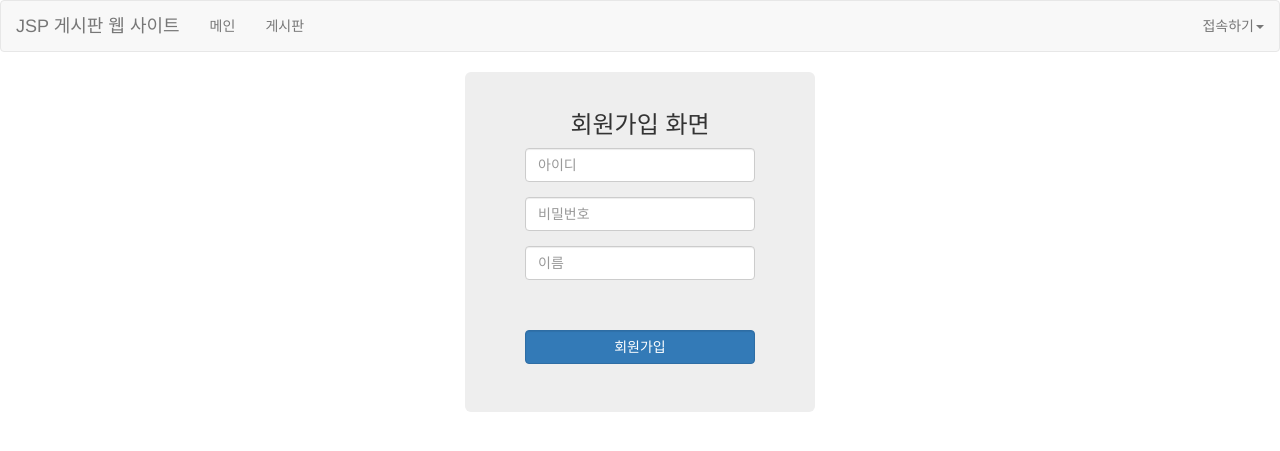
Repository: winter9388/JSP_BBS
Page: http://localhost/BBS/join.jsp
These files come from the project's save history. The page is drawn as it stood at one moment and after the next save; the edit follows.
The browser window is 1280 px wide. The pictures show the whole page.
Some web libraries are served in a nearby version. The page is served by Tomcat 9. Other server files are loaded and not shown.

Above is the page before, as saved 2022-08-11 07:01:46.

### BBS/src/main/webapp/join.jsp
<%@ page language="java" contentType="text/html; charset=UTF-8"
    pageEncoding="UTF-8"%>
<!DOCTYPE html>
<html>
<head>
<meta charset="UTF-8">
<meta name="viewport" content="width=device-width", initial-scale="1">
<link rel="stylesheet" href="css/bootstrap.css">
<title>JSP 게시판 웹 사이트</title>
</head>
<body>
	<nav class="navbar navbar-default">
		<div class="navbar-header">
			<button type="button" class="navbar-toggle collapsed"
				data-toggle="collapse" data-target="#bs-example-navbar-collapse-1"
				aria-expended="false">
				<span class="icon-bar"></span>
				<span class="icon-bar"></span>
				<span class="icon-bar"></span>
			</button>
			<a class="navbar-brand" href="main.jsp">JSP 게시판 웹 사이트</a>
		</div>
		<div class="collapse navbar-collapse" id="bs-example-navbar-collapse-1"
			aria-expended="false">
			<ul class="nav navbar-nav">
				<li><a href="main.jsp">메인</a></li>
				<li><a href="bbs.jsp">게시판</a></li>
			</ul>
			<ul class="nav navbar-nav navbar-right">
				<li class="dropdown">
					<a href="#" class="dropdown-toggle"
						data-toggle="dropdown" role="button" aria-haspopup="true"
						aria-expanded="false">접속하기<span class="caret"></span></a>
					<ul class="dropdown-menu">
						<li class="active"><a href="login.jsp">로그인</a></li>
						<li><a href="join.jsp">회원가입</a></li>
					</ul>
				</li>
			</ul>
		</div>
	</nav>
	<div class="container">
		<div class="col-lg-4"></div>
		<div class="col-lg-4">
			<div class="jumbotron" style="padding-top: 20px">
				<form method="post" action="loginAction.jsp">
					<h3 style="text-align: center;">회원가입 화면</h3>
					<div class="form-group">
						<input type="text" class="form-control" placeholder="아이디" name="userID" maxlength="20">
					</div>
					<div class="form-group">
						<input type="password" class="form-control" placeholder="비밀번호" name="userPassword" maxlength="20">
					</div>
					<div class="form-group">
						<input type="text" class="form-control" placeholder="이름" name="userName" maxlength="20">
					</div>
					<div class="form-group">
						<div class="btn-group" data-toggle="buttons">

						</div>
					</div>
					<input type="submit" class="btn btn-primary form-control" value="회원가입">
				</form>
			</div>
		</div>
		<div class="col-lg-4"></div>
	</div>

	<script src="https://code.jquery.com/jquery-3.1.1.min.js"></script>
	<script src="js/bootstrap.js"></script>
</body>
</html>

Loaded but not shown: BBS/src/main/webapp/css/bootstrap.css (library); BBS/src/main/webapp/js/bootstrap.js (library)

After the next save:
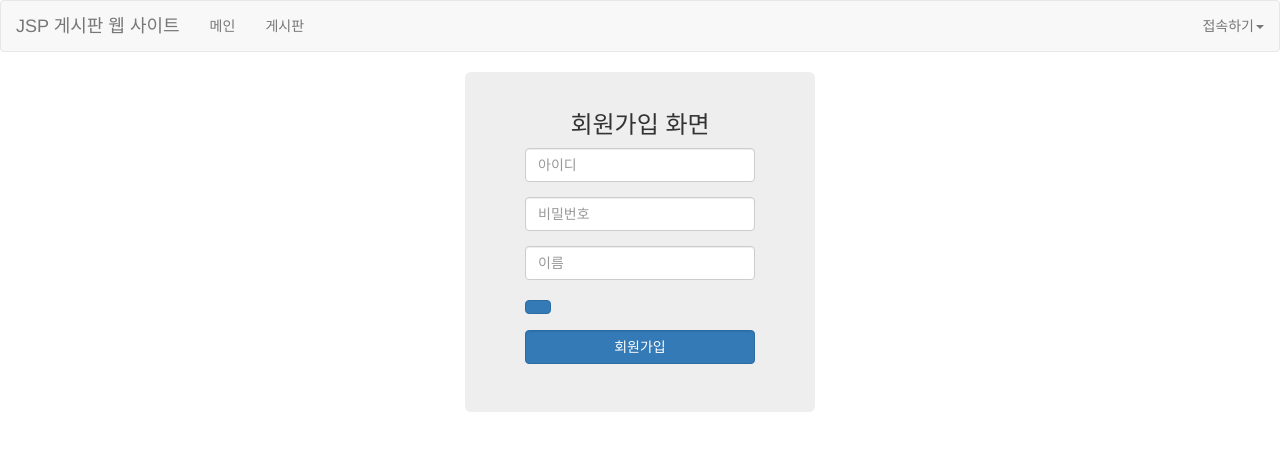
Saved 22 s later.
--- a/BBS/src/main/webapp/join.jsp
+++ b/BBS/src/main/webapp/join.jsp
@@ -56,7 +56,8 @@
 					</div>
 					<div class="form-group">
 						<div class="btn-group" data-toggle="buttons">
-
+							<label class="btn btn-primary">
+							</label>
 						</div>
 					</div>
 					<input type="submit" class="btn btn-primary form-control" value="회원가입">
